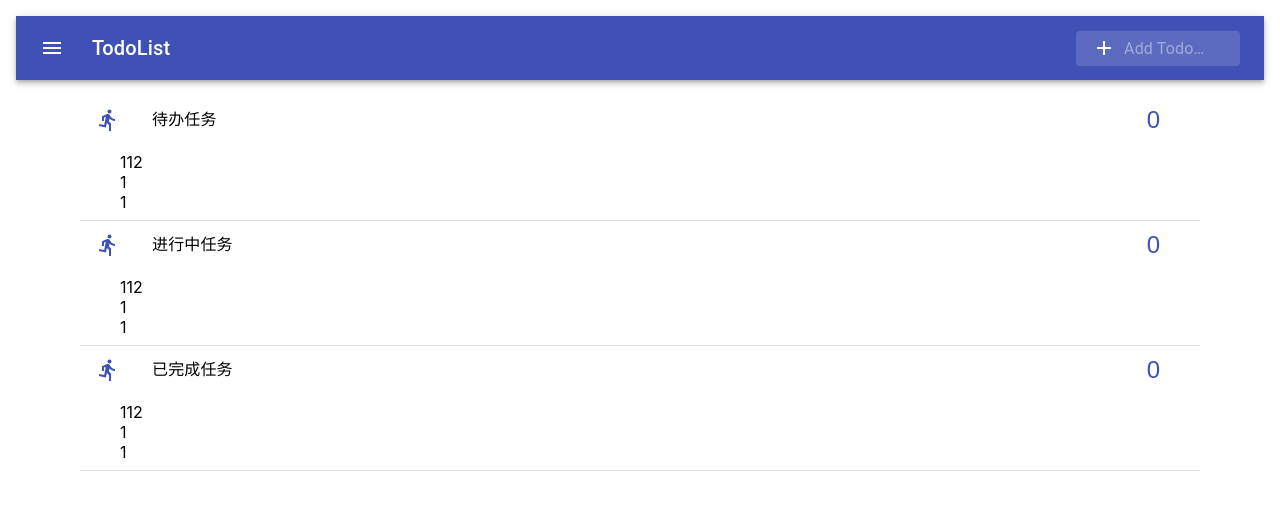
Repository: harperl71/TodoList
Page: /
An editor plug-in stored every save of this project. The page is shown before and after the next save, followed by the edit.
The browser window is 1280 px wide. The pictures show the whole page.
The project was rebuilt for these pictures with package versions that can differ from the ones it lists, and the page was loaded fresh each time. Also part of the build but not shown: src/components/content/task-item/index.tsx.

Above is the page before, as saved 2021-05-21 11:26:37.

### src/App.tsx
import React, { useContext } from "react";
import Header from "./components/header";
import Content from "./components/content";
import Footer from "./components/footer";
import Myprovider from "./context";
import TaskItem from "./components/content/task-item";
import { MyContext } from "./context";

function App() {
  const { todoList } = useContext(MyContext);

  const status = "todo";

  //console.log(todoList);

  return (
    <div className="APP">
      <Myprovider>
        <Header />
        <Content />
        <Footer />
        {/*  {todoList
          .filter((item) => {
            return item.status === status;
          })
          .map((item) => {
            return <TaskItem Item={item} />;
          })} */}
      </Myprovider>
    </div>
  );
}

export default App;

### src/components/header/index.tsx
import React, { useContext } from "react";
import { MyContext } from "../../context";
import AppBar from "@material-ui/core/AppBar";
import Toolbar from "@material-ui/core/Toolbar";
import IconButton from "@material-ui/core/IconButton";
import Typography from "@material-ui/core/Typography";
import InputBase from "@material-ui/core/InputBase";
import { makeStyles, fade } from "@material-ui/core/styles";
import MenuIcon from "@material-ui/icons/Menu";
import AddIcon from "@material-ui/icons/Add";

const useStyles = makeStyles((theme) => ({
  header: {
    margin: theme.spacing(2),
    justifyContent: "space-between",
  },
  listButton: {
    marginRight: theme.spacing(2),
  },
  title: {
    flexGrow: 1,
    display: "none",
    [theme.breakpoints.up("sm")]: {
      display: "block",
    },
  },
  search: {
    position: "relative",
    borderRadius: theme.shape.borderRadius,
    backgroundColor: fade(theme.palette.common.white, 0.15),
    "&:hover": {
      backgroundColor: fade(theme.palette.common.white, 0.25),
    },
    marginLeft: 0,
    width: "100%",
    [theme.breakpoints.up("sm")]: {
      marginLeft: theme.spacing(1),
      width: "auto",
    },
  },
  addIcon: {
    padding: theme.spacing(0, 2),
    height: "100%",
    position: "absolute",
    pointerEvents: "none",
    display: "flex",
    alignItems: "center",
    justifyContent: "center",
  },
  inputRoot: {
    color: "inherit",
  },
  inputInput: {
    padding: theme.spacing(1, 1, 1, 0),
    // vertical padding + font size from searchIcon
    paddingLeft: `calc(1em + ${theme.spacing(4)}px)`,
    transition: theme.transitions.create("width"),
    width: "100%",
    [theme.breakpoints.up("sm")]: {
      width: "12ch",
      "&:focus": {
        width: "20ch",
      },
    },
  },
}));

export default function SearchAppBar() {
  const classes = useStyles();
  const { Add } = useContext(MyContext);

  const enterPress = (evt: React.SyntheticEvent) => {
    if (
      (evt as KeyboardEventInit).code === "Enter" &&
      (evt.target as HTMLInputElement).value !== ""
    ) {
      Add((evt.target as HTMLInputElement).value);
      (evt.target as HTMLInputElement).value = "";
    }
  };

  return (
    <div className={classes.header}>
      <AppBar position="static">
        <Toolbar>
          <IconButton
            edge="start"
            className={classes.listButton}
            color="inherit"
            aria-label="open drawer"
          >
            <MenuIcon />
          </IconButton>
          <Typography className={classes.title} variant="h6" noWrap>
            TodoList
          </Typography>
          <div className={classes.search}>
            <div className={classes.addIcon}>
              <AddIcon />
            </div>
            <InputBase
              placeholder="Add Todo…"
              required
              classes={{
                root: classes.inputRoot,
                input: classes.inputInput,
              }}
              onKeyPress={enterPress}
            />
          </div>
        </Toolbar>
      </AppBar>
    </div>
  );
}

### src/components/content/index.tsx
import React, { Fragment } from "react";
import TaskList from "./task-list";
import { makeStyles } from "@material-ui/core";

const useStyles = makeStyles((theme) => ({
  content: {
    margin: theme.spacing(0, 6),
    justifyContent: "center",
  },
}));

const Content = () => {
  const classes = useStyles();
  return (
    <div className={classes.content}>
      <Fragment>
        <TaskList title="待办任务" status="todo" />
        <TaskList title="进行中任务" status="doing" />
        <TaskList title="已完成任务" status="done" />
      </Fragment>
    </div>
  );
};

export default Content;

### src/components/footer/index.tsx
import React from "react";

const Footer = () => {
  return <div className="footer"></div>;
};

export default Footer;

### src/context/index.tsx
import React, { createContext, useState } from "react";

export interface TodoProps {
  id: number;
  text: string;
  status: string;
}

export interface ContextProps {
  todoList: TodoProps[];
  Add: (item: string) => void;
  Delete: (id: number) => void;
  Remove: (index: number, status: string) => void;
  Clear: () => void;
}

export const MyContext = createContext({} as ContextProps);

const Myprovider = (props: React.PropsWithChildren<{}>) => {
  const [todoList, setList] = useState<TodoProps[]>([]);

  const Add = (item: string) => {
    const listItem = {
      id: new Date().getTime(),
      text: item,
      status: "todo",
    };
    setList([...todoList, listItem]);
  };
  //console.log(...todoList);

  const Delete = (id: number) => {
    setList(todoList.filter((item) => item.id !== id));
  };

  const Remove = (index: number, status: string) => {
    if (status === "todo") {
      const listItem = Object.assign({}, todoList[index], {
        status: "doing",
      });
      const list = todoList.splice(index, 1);
      setList([...list, listItem]);
    }
    if (status === "doing") {
      const listItem = Object.assign({}, todoList[index], {
        status: "done",
      });
      const list = todoList.splice(index, 1);
      setList([...list, listItem]);
    }
  };

  const Clear = () => setList([]);

  return (
    <MyContext.Provider value={{ todoList, Add, Delete, Remove, Clear }}>
      {props.children}
    </MyContext.Provider>
  );
};

export default Myprovider;

### src/components/content/task-list/index.tsx
import React, { Fragment, useContext } from "react";
import TaskItem from "../task-item";
import { MyContext } from "../../../context";
import {
  makeStyles,
  List,
  ListItem,
  ListItemIcon,
  ListItemText,
  Divider,
  IconButton,
  Checkbox,
} from "@material-ui/core";
import DirectionsRunIcon from "@material-ui/icons/DirectionsRun";

const useStyles = makeStyles((theme) => ({
  list: {
    margin: theme.spacing(0, 4),
    justifyContent: "space-between",
    padding: 0,
  },
  listTitle: {
    justifyContent: "center",
  },
  listnum: {
    marginRight: theme.spacing(3),
    padding: 0,
    color: "secondary",
  },
  listContent: {
    padding: 0,
  },
}));

interface Iprops {
  title: string;
  status: string;
}

const TaskList = ({ title, status }: Iprops) => {
  const classes = useStyles();

  const { todoList } = useContext(MyContext);
  console.log(todoList);
  console.log(status);

  return (
    <div className="task-list">
      <List
        className={classes.list}
        component="nav"
        aria-label="main mailbox folders"
      >
        <ListItem className="ListHeader" button>
          <ListItemIcon>
            <DirectionsRunIcon color="primary" />
          </ListItemIcon>
          <ListItemText primary={title} />
          <IconButton
            className={classes.listnum}
            color="primary"
            aria-label="list-num"
          >
            {
              todoList.filter((item) => {
                return item.status === status;
              }).length
            }
          </IconButton>
        </ListItem>
        <List className={title}>
          {todoList
            .filter((item) => {
              return item.status === status;
            })
            .map((item) => {
              return <TaskItem Item={item} />;
            })}
          <ul>112</ul>
          <ul>1</ul>
          <ul>1</ul>
        </List>
        <Divider />
      </List>
    </div>
  );
};

export default TaskList;

Loaded but not shown: public/index.html (common file); src/index.tsx (common file); src/index.css (common file); src/reportWebVitals.ts (common file)

After the next save:
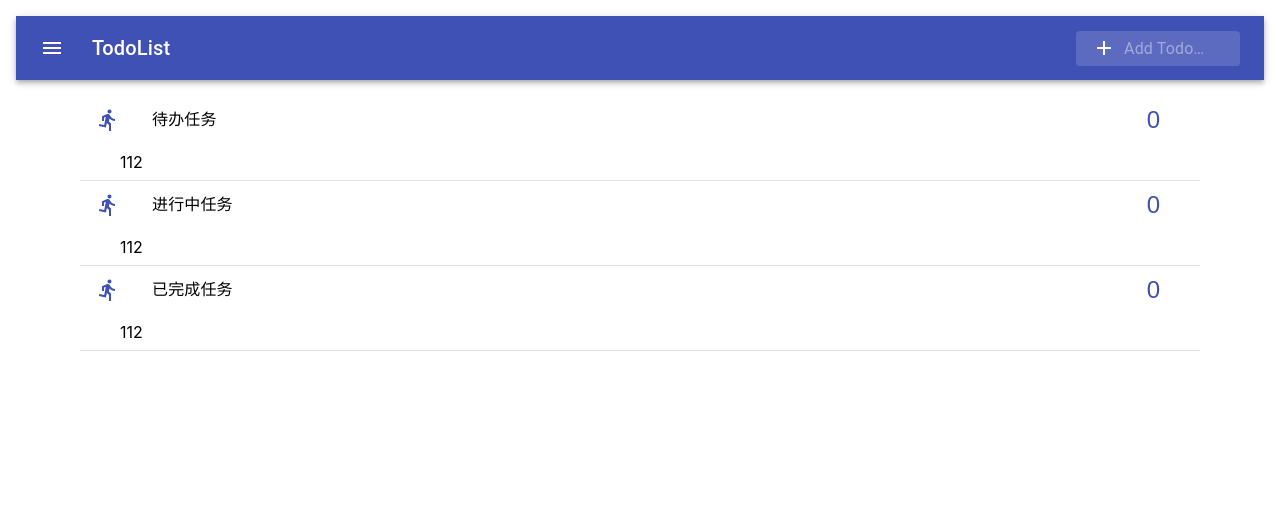
Saved 27 s later.
--- a/src/components/content/task-list/index.tsx
+++ b/src/components/content/task-list/index.tsx
@@ -77,8 +77,6 @@ const TaskList = ({ title, status }: Iprops) => {
               return <TaskItem Item={item} />;
             })}
           <ul>112</ul>
-          <ul>1</ul>
-          <ul>1</ul>
         </List>
         <Divider />
       </List>
